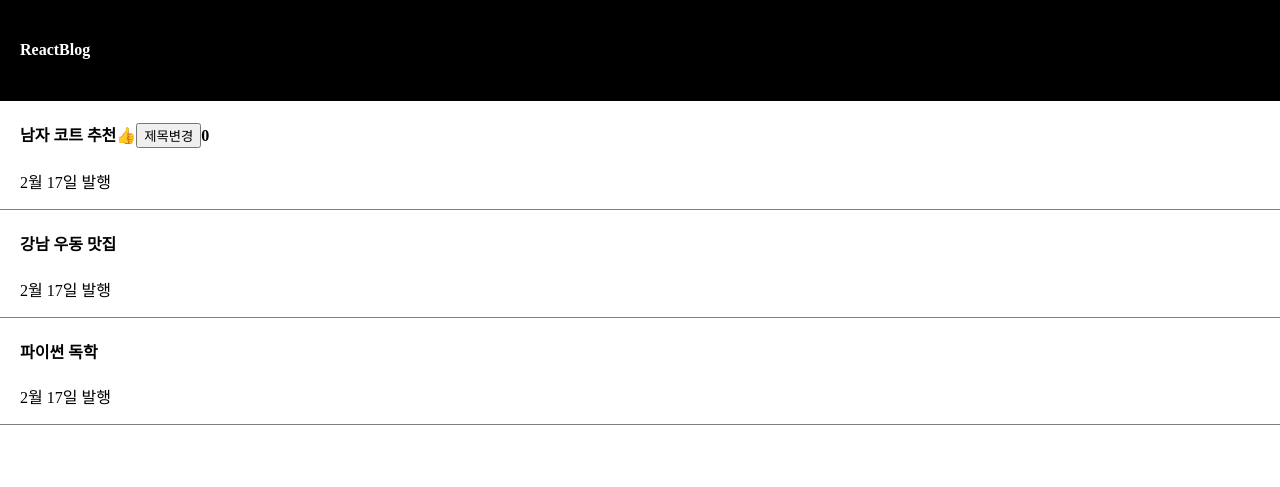
Repository: thinkseaweave/applecoding
Page: /
The author's editor kept a copy of each file at every save. The page is drawn from the files as they stood at one save, then again after the next save.
The browser window is 1280 px wide. The pictures show the whole page.
The project was rebuilt for these pictures with package versions that can differ from the ones it lists, and the page was loaded fresh each time. Also part of the build but not shown: vite.config.js, src/index.css.

Above is the page before, as saved 2025-01-26 14:37:30.

After the next save:
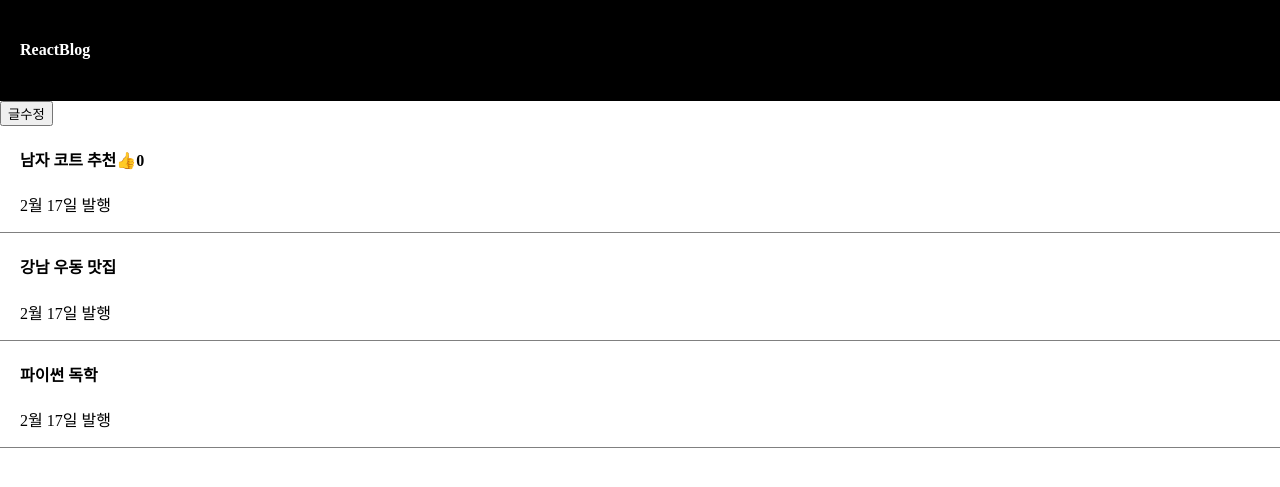
Saved 60 s later.
--- a/src/App.jsx
+++ b/src/App.jsx
@@ -21,6 +21,15 @@ function App() {
       <div className="black-nav">
         <h4>ReactBlog</h4>
       </div>
+
+      <button
+        onClick={() => {
+          글제목변경(["여자코트 추천"]);
+        }}
+      >
+        글수정
+      </button>
+
       <div className="list">
         <h4>
           {글제목[0]}
@@ -31,13 +40,6 @@ function App() {
           >
             👍
           </span>
-          <button
-            onClick={() => {
-              글제목변경(["여자코트 추천"]);
-            }}
-          >
-            제목변경
-          </button>
           {따봉}
         </h4>
         <p> 2월 17일 발행</p>
